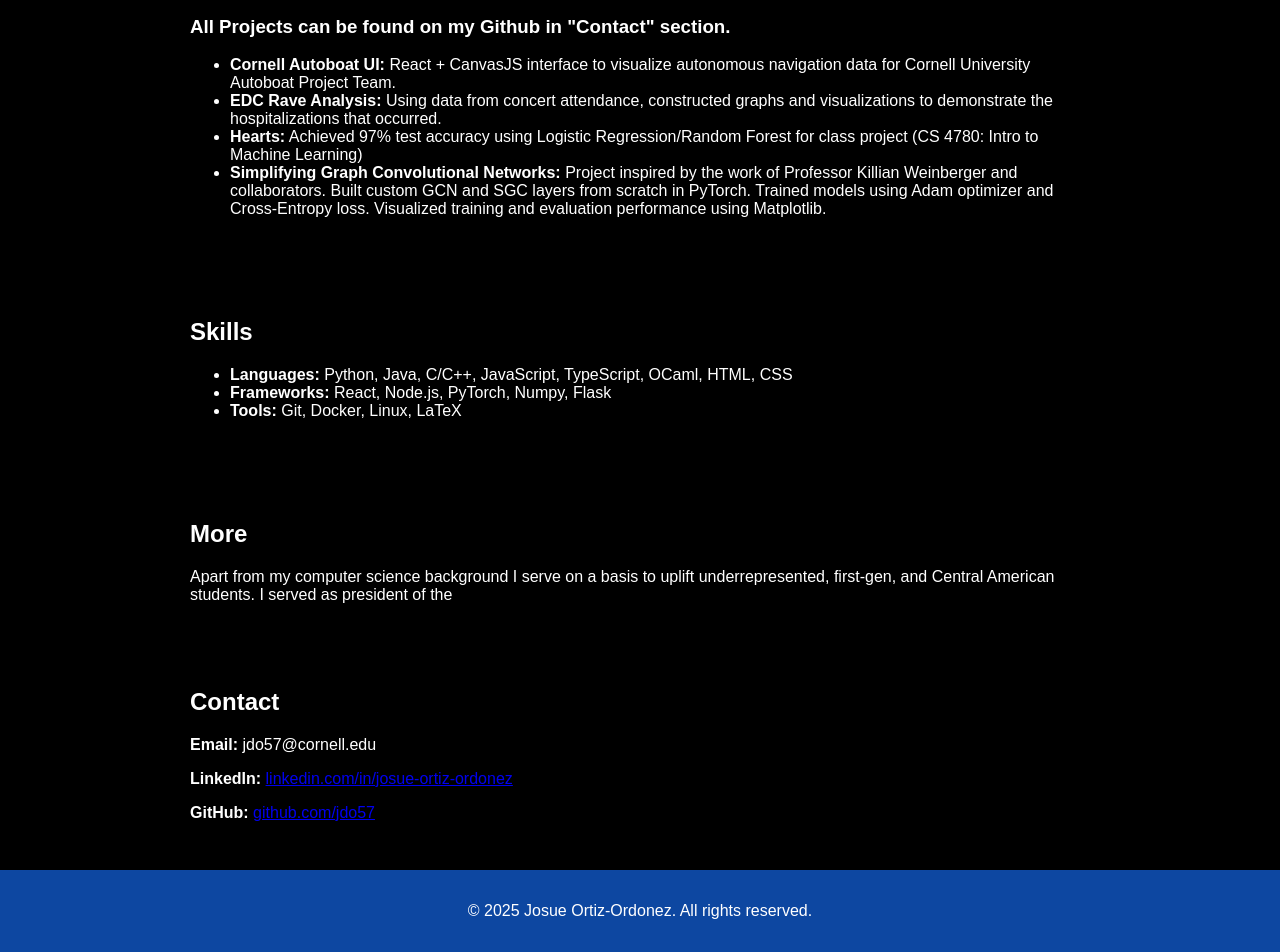
Repository: jdo57/Website
Page: index.html
These files come from the project's save history. The page is drawn as it stood at one moment and after a run of saves; the edit follows.
The browser window is 1280 px wide. The pictures show the part of the page from y = 1345 to 2297 px (the page is 2297 px tall).
A picture or video elsewhere on the page could not be fetched, so the positions and the page height are approximate.

Above is the page before, as saved 2025-05-26 21:53:16.

### index.html
<!DOCTYPE html>
<html lang="en">
<head>
  <meta charset="UTF-8" />
  <meta name="viewport" content="width=device-width, initial-scale=1.0" />
  <title>Josue Ortiz-Ordonez | Portfolio</title>
  <style>
    :root {
      --primary-color: #0d47a1;
      --background-color: #000000;
      --text-color: #ffffff;
      --accent-color: #1976d2;
    }

    body {
      margin: 0;
      font-family: Arial, sans-serif;
      background-color: var(--background-color);
      color: var(--text-color);
    }

    header {
      background-color: var(--primary-color);
      padding: 2rem;
      text-align: center;
    }

    header h1 {
      margin: 0;
      font-size: 2.5rem;
    }

    nav {
      display: flex;
      justify-content: center;
      background-color: var(--accent-color);
      padding: 0.5rem;
    }

    nav a {
      margin: 0 1rem;
      color: white;
      text-decoration: none;
      font-weight: bold;
    }

    nav a:hover {
      text-decoration: underline;
    }

    section {
      padding: 2rem;
      max-width: 900px;
      margin: auto;
    }

    footer {
      background-color: var(--primary-color);
      color: white;
      text-align: center;
      padding: 1rem;
      position: relative;
    }

  </style>
</head>
<body>
  <header>
    <h1>Josue Ortiz-Ordonez</h1>
    <p>Software/Machine Learning Engineer</p>
  </header>

  <nav>
    <a href="#about">About</a>
    <a href="#projects">Projects</a>
    <a href="#skills">Skills</a>
    <a href="#contact">Contact</a>
    <a href="#more">More</a>
  </nav>

  <section id="about" style="display: flex; flex-wrap: wrap; gap: 2rem; align-items: center; justify-content: center; padding: 3rem 1rem; background-color: #000;">
    <!-- Profile Image + Icons -->
    <div style="text-align: center;">
      <img src="./images/me.jpeg" alt="Josue Ortiz-Ordonez" style="width: 200px; border-radius: 50%; border: 3px solid #1976d2;" />
      <div style="margin-top: 1rem;">
        <a href="mailto:jdo57@cornell.edu" target="_blank" style="margin: 0 10px;">
          <img src="https://img.icons8.com/ios-filled/30/ffffff/new-post.png" alt="Email"/>
        </a>
        <a href="https://www.linkedin.com/in/josue-ortiz-ordonez" target="_blank" style="margin: 0 10px;">
          <img src="https://img.icons8.com/ios-filled/30/ffffff/linkedin.png" alt="LinkedIn"/>
        </a>
        <a href="https://github.com/jdo57" target="_blank" style="margin: 0 10px;">
          <img src="https://img.icons8.com/ios-filled/30/ffffff/github.png" alt="GitHub"/>
        </a>
      </div>
    </div>

    <!-- About Text -->
    <div style="max-width: 500px;">
      <h2>About Me</h2>
      <p>
        My name is Josue Ortiz-Ordonez and I am currently a student at Cornell University within
        the College of Engineering. I am a computer science major with potential minors in operations
        research in engineering (ORIE) and Latino Studies!
      </p>
    </div>
  </section>


  <section id="projects">
    <h2>Projects</h2>
    <h3> All Projects can be found on my Github in "Contact" section. </h3>
    <ul>
      <li><strong>Cornell Autoboat UI:</strong> React + CanvasJS interface to visualize autonomous navigation data for Cornell University Autoboat Project Team.</li>
      <li><strong>EDC Rave Analysis:</strong>  Using data from concert attendance, constructed graphs and visualizations to demonstrate the hospitalizations that occurred.</li>
      <li><strong>Hearts:</strong> Achieved 97% test accuracy using Logistic Regression/Random Forest for
      class project (CS 4780: Intro to Machine Learning)</li>
      <li> <strong> Simplifying Graph Convolutional Networks:</strong>
        Project inspired by the work of Professor Killian Weinberger and collaborators.
        Built custom GCN and SGC layers from scratch in PyTorch. Trained models using Adam optimizer and Cross-Entropy loss.
        Visualized training and evaluation performance using Matplotlib.
      </li>

    </ul>
  </section>

  <section id="skills">
    <h2>Skills</h2>
    <ul>
      <li><strong> Languages:</strong> Python, Java, C/C++, JavaScript, TypeScript, OCaml, HTML, CSS </li>
      <li><strong>Frameworks:</strong> React, Node.js, PyTorch, Numpy, Flask</li>
      <li><strong>Tools:</strong> Git, Docker, Linux, LaTeX</li>
    </ul>
  </section>

  <section id ="more">
    <h2> More</h2>

    Apart from my computer science background I serve on a basis to uplift underrepresented, first-gen,
    and Central American students. I served as president of the

  </section>

  <section id="contact">
    <h2>Contact</h2>
    <p><strong> Email:</strong> jdo57@cornell.edu</p>
    <p><strong> LinkedIn:</strong> <a href="https://www.linkedin.com/in/josue-ortiz-ordonez/" target="_blank">linkedin.com/in/josue-ortiz-ordonez</a></p>
    <p><strong>GitHub:</strong> <a href="https://github.com/jdo57" target="_blank">github.com/jdo57</a></p>
  </section>


  <footer>
    <p>&copy; 2025 Josue Ortiz-Ordonez. All rights reserved.</p>
  </footer>
</body>
</html>

After the next 4 saves:
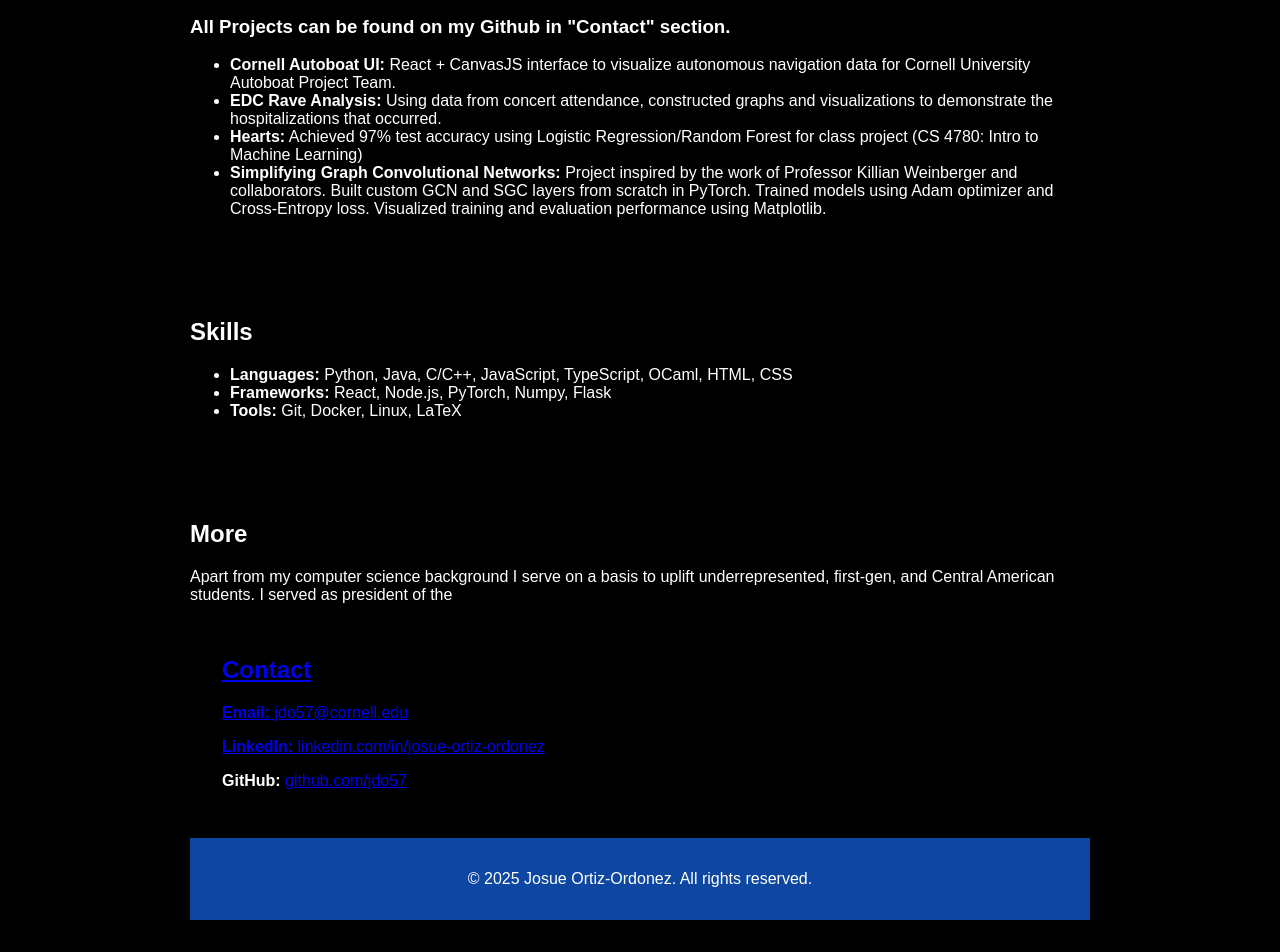
The 4 saves are shown as one change because they came seconds apart.
The last was saved 10 s later.
--- a/index.html
+++ b/index.html
@@ -137,7 +137,7 @@
     <h2> More</h2>
 
     Apart from my computer science background I serve on a basis to uplift underrepresented, first-gen,
-    and Central American students. I served as president of the
+    and Central American students. I served as president of the <a href="https://cornelldaa.wixsite.com/cudaa"
 
   </section>
 

After the 4 saves that followed:
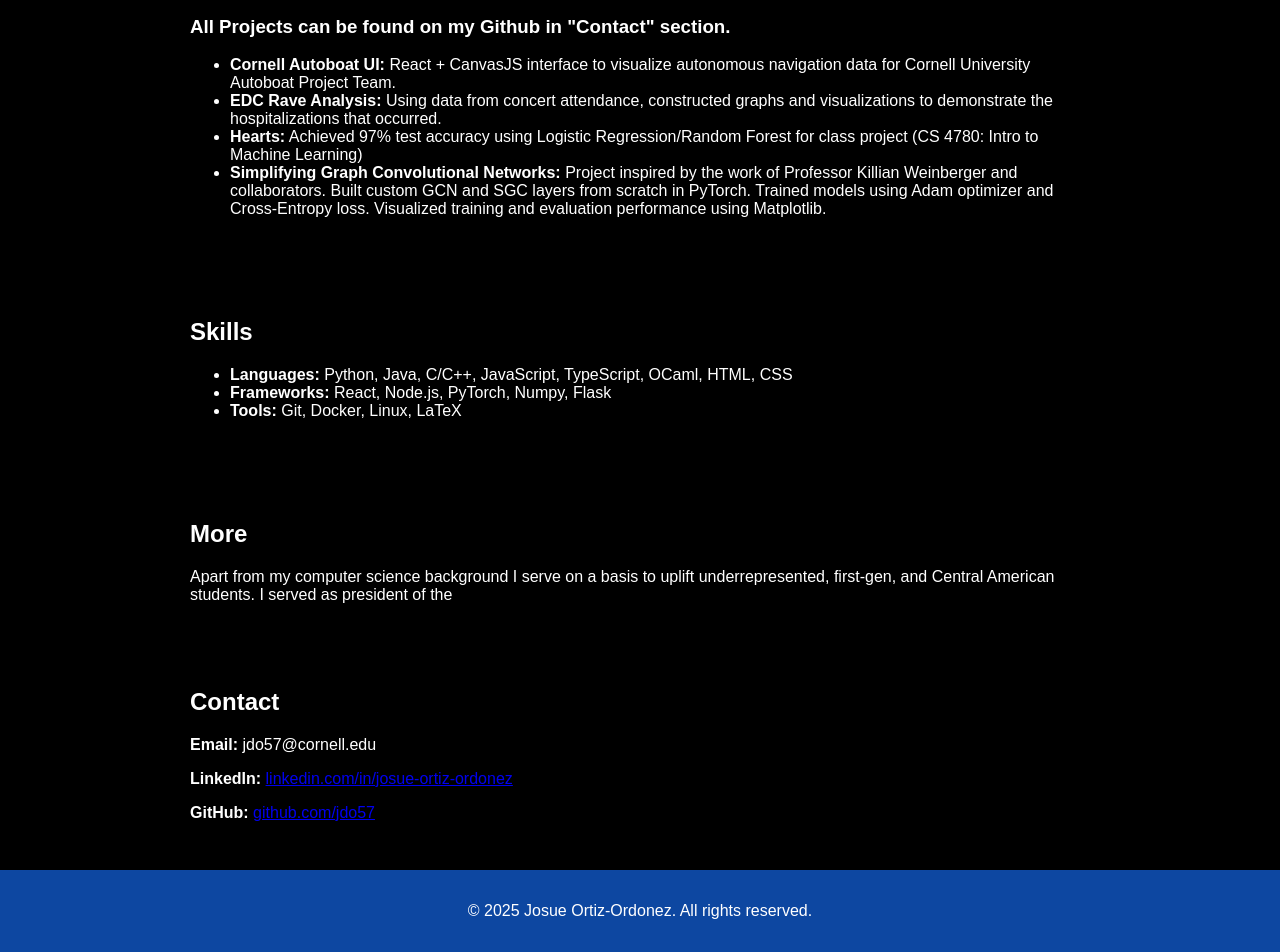
The 4 saves are shown as one change because 2 left the picture as it was and some came seconds apart.
The last was saved 18 s later.
--- a/index.html
+++ b/index.html
@@ -137,7 +137,7 @@
     <h2> More</h2>
 
     Apart from my computer science background I serve on a basis to uplift underrepresented, first-gen,
-    and Central American students. I served as president of the <a href="https://cornelldaa.wixsite.com/cudaa"
+    and Central American students. I served as president of the <a href="https://cornelldaa.wixsite.com/cudaa" target="_blank"></a>
 
   </section>
 
